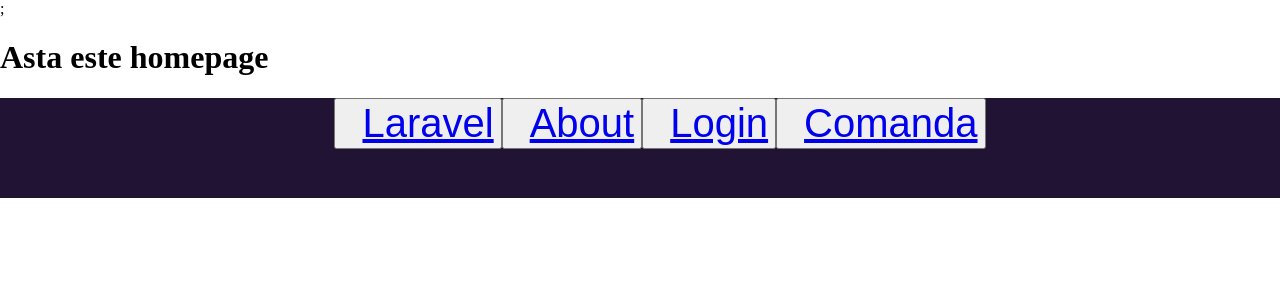
Repository: LauLupu/Progetto
Page: http://localhost/home
These files come from the project's save history. The page is drawn as it stood at one moment and after the next save; the edit follows.
The browser window is 1280 px wide. The pictures show the whole page.
The page is served by the project's Laravel application, run on PHP 8.4 with Laravel 8. Other server files are loaded and not shown.

Above is the page before, as saved 2021-08-17 17:04:42.

### routes/web.php
<?php

use App\Http\Controllers\inventoryController;
use Illuminate\Support\Facades\Route;

/*
|--------------------------------------------------------------------------
| Web Routes
|--------------------------------------------------------------------------
|
| Here is where you can register web routes for your application. These
| routes are loaded by the RouteServiceProvider within a group which
| contains the "web" middleware group. Now create something great!
|
*/

Route::get('/', function () {
    return view('Welcome');
});

Route::get('/home', function () {
    return view('home');
});

Route::get('/About', function () {
    return view('About');
});

Route::get('/comanda', function () {
    return view('Comanda');
});

Route::resource('gusturi','App\Http\Controllers\ComandaController');

Route::get('list',[inventoryController::class,'show']);

Route::get('/dashboard', function () {
    return view('dashboard');
})->middleware(['auth'])->name('dashboard');

require __DIR__.'/auth.php';

### resources/views/home.blade.php
@extends ('navbar');

<h1>Asta este homepage</h1>

### resources/views/navbar.blade.php
<!DOCTYPE html>
<html lang="en">
<head>
    <meta charset="UTF-8">
    <meta http-equiv="X-UA-Compatible" content="IE=edge">
    <meta name="viewport" content="width=device-width, initial-scale=1.0">
    <title>navbar</title>
</head>
<style>
    body {
        margin: 0px;
    }
    .navbar {
        width: 100%;
        height: 100px;
        background-color:#211334;
    }
    .navbar ol {
        display: flex;
        justify-content: center;
        align-items: center;
    }
    .navbar li {
        display: inline-block;
        font-size: 40px;
        margin-left: 20px;
    }
</style>
<body>
<nav class="navbar">
    <ol>
    <button type="button" class="btn btn-primary"><li><a href="/">Laravel</a></li></button>
    <button type="button" class="btn btn-primary"><li><a href="/About">About</a></li></button>
    <button type="button" class="btn btn-primary"><li><a href="/login">Login</a></li></button>
    <button type="button" class="btn btn-primary"><li><a href="/comanda">Comanda</a></li></button>
    </ol>
</nav>
</body>
</html>

Loaded but not shown: routes/auth.php (common file)

After the next save:
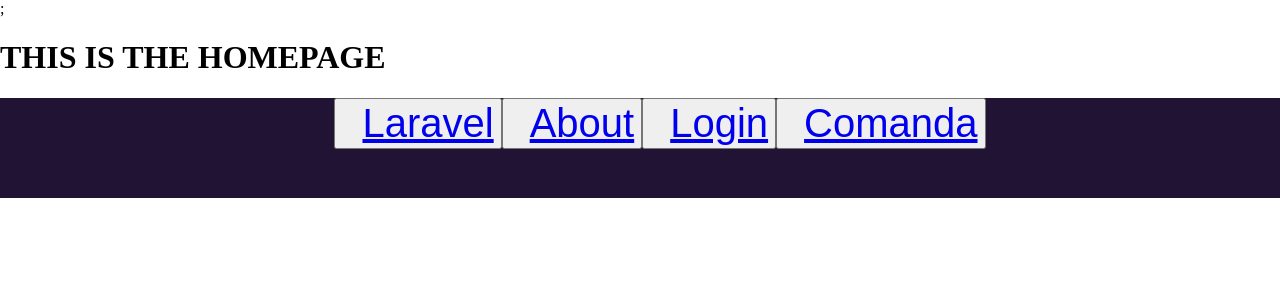
Saved 5 days later.
--- a/resources/views/home.blade.php
+++ b/resources/views/home.blade.php
@@ -1,3 +1,13 @@
 @extends ('navbar');
-
-<h1>Asta este homepage</h1>
+<!DOCTYPE html>
+<html lang="en">
+<head>
+    <meta charset="UTF-8">
+    <meta http-equiv="X-UA-Compatible" content="IE=edge">
+    <meta name="viewport" content="width=device-width, initial-scale=1.0">
+    <title>Document</title>
+</head>
+<body>
+    <h1>THIS IS THE HOMEPAGE</h1>
+</body>
+</html>
